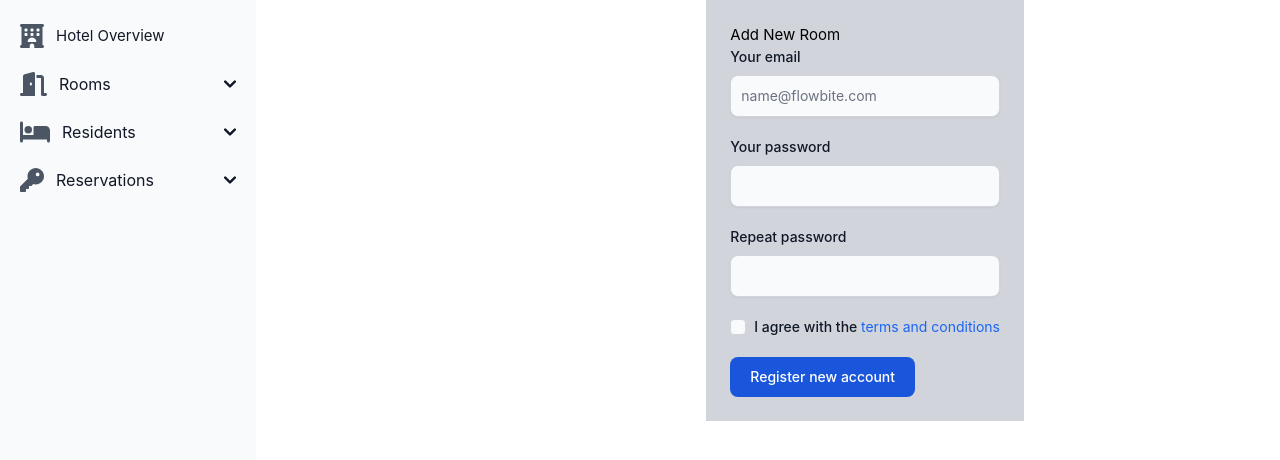
Repository: aggepap/hotelReservationsProj
Page: /rooms/add (app in admin-panel/)
An editor plug-in stored every save of this project. The page is shown before and after the next save, followed by the edit.
The browser window is 1280 px wide. The pictures show the whole page.
The project was rebuilt for these pictures with package versions that can differ from the ones it lists, and the page was loaded fresh each time. Also part of the build but not shown: admin-panel/vite.config.ts, admin-panel/src/views/HomeView.vue.

Above is the page before, as saved 2025-01-19 15:50:12.

### admin-panel/index.html
<!DOCTYPE html>
<html lang="">
  <head>
    <meta charset="UTF-8" />
    <link rel="icon" href="/favicon.ico" />
    <meta name="viewport" content="width=device-width, initial-scale=1.0" />
    <title>Vite App</title>
  </head>
  <body>
    <div id="app"></div>
    <script type="module" src="/src/main.ts"></script>
  </body>
</html>

### admin-panel/src/main.ts
import "./assets/main.css";
import "primeicons/primeicons.css";
import "flowbite";

import { createApp } from "vue";
import App from "./App.vue";
import router from "./router";

const app = createApp(App);

app.use(router);

app.mount("#app");

### admin-panel/src/assets/main.css
@import "./base.css";
@tailwind base;
@tailwind components;
@tailwind utilities;

### admin-panel/src/App.vue
<script setup lang="ts">
import { RouterLink, RouterView } from "vue-router";
import { FontAwesomeIcon } from "@fortawesome/vue-fontawesome";
import { faDoorOpen } from "@fortawesome/free-solid-svg-icons";
import { faHotel } from "@fortawesome/free-solid-svg-icons";
import { faBed } from "@fortawesome/free-solid-svg-icons";
import { faKey } from "@fortawesome/free-solid-svg-icons";
</script>

<template>
  <button
    data-drawer-target="sidebar-multi-level-sidebar"
    data-drawer-toggle="sidebar-multi-level-sidebar"
    aria-controls="sidebar-multi-level-sidebar"
    type="button"
    class="inline-flex items-center p-2 mt-2 ms-3 text-sm text-gray-500 rounded-lg sm:hidden hover:bg-gray-100 focus:outline-none focus:ring-2 focus:ring-gray-200 dark:text-gray-400 dark:hover:bg-gray-700 dark:focus:ring-gray-600"
  >
    <span class="sr-only">Open sidebar</span>
    <svg
      class="w-6 h-6"
      aria-hidden="true"
      fill="currentColor"
      viewBox="0 0 20 20"
      xmlns="http://www.w3.org/2000/svg"
    >
      <path
        clip-rule="evenodd"
        fill-rule="evenodd"
        d="M2 4.75A.75.75 0 012.75 4h14.5a.75.75 0 010 1.5H2.75A.75.75 0 012 4.75zm0 10.5a.75.75 0 01.75-.75h7.5a.75.75 0 010 1.5h-7.5a.75.75 0 01-.75-.75zM2 10a.75.75 0 01.75-.75h14.5a.75.75 0 010 1.5H2.75A.75.75 0 012 10z"
      ></path>
    </svg>
  </button>
  <section class="flex flex-row justify-between items-center">
    <aside
      id="sidebar-multi-level-sidebar"
      class="fixed top-0 left-0 z-40 w-64 h-screen transition-transform -translate-x-full sm:translate-x-0"
      aria-label="Sidebar"
    >
      <div class="h-full px-3 py-4 overflow-y-auto bg-gray-50 dark:bg-gray-800">
        <ul class="space-y-2 font-medium">
          <li>
            <a
              href="#"
              class="flex items-center p-2 text-gray-900 rounded-lg dark:text-white hover:bg-gray-100 dark:hover:bg-gray-700 group"
            >
              <FontAwesomeIcon class="text-gray-600 text-2xl" :icon="faHotel" />
              <span class="ms-3">Hotel Overview</span>
            </a>
          </li>
          <li>
            <button
              type="button"
              class="flex items-center w-full p-2 text-base text-gray-900 transition duration-75 rounded-lg group hover:bg-gray-100 dark:text-white dark:hover:bg-gray-700"
              aria-controls="dropdown-rooms"
              data-collapse-toggle="dropdown-rooms"
            >
              <FontAwesomeIcon
                class="text-gray-600 text-2xl"
                :icon="faDoorOpen"
              />

              <span
                class="flex-1 ms-3 text-left rtl:text-right whitespace-nowrap"
                >Rooms</span
              >
              <svg
                class="w-3 h-3"
                aria-hidden="true"
                xmlns="http://www.w3.org/2000/svg"
                fill="none"
                viewBox="0 0 10 6"
              >
                <path
                  stroke="currentColor"
                  stroke-linecap="round"
                  stroke-linejoin="round"
                  stroke-width="2"
                  d="m1 1 4 4 4-4"
                />
              </svg>
            </button>
            <ul id="dropdown-rooms" class="hidden py-2 space-y-2">
              <li>
                <RouterLink
                  to="/rooms/add"
                  class="flex justify-start gap-2 items-start w-full p-2 text-gray-900 transition duration-75 rounded-lg pl-11 group hover:bg-gray-100 dark:text-white dark:hover:bg-gray-700"
                >
                  <i class="pi pi-plus pt-1"></i> Add new Room</RouterLink
                >
              </li>
            </ul>
          </li>
          <li>
            <button
              type="button"
              class="flex items-center w-full p-2 text-base text-gray-900 transition duration-75 rounded-lg group hover:bg-gray-100 dark:text-white dark:hover:bg-gray-700"
              aria-controls="dropdown-residents"
              data-collapse-toggle="dropdown-residents"
            >
              <FontAwesomeIcon class="text-gray-600 text-2xl" :icon="faBed" />

              <span
                class="flex-1 ms-3 text-left rtl:text-right whitespace-nowrap"
                >Residents</span
              >
              <svg
                class="w-3 h-3"
                aria-hidden="true"
                xmlns="http://www.w3.org/2000/svg"
                fill="none"
                viewBox="0 0 10 6"
              >
                <path
                  stroke="currentColor"
                  stroke-linecap="round"
                  stroke-linejoin="round"
                  stroke-width="2"
                  d="m1 1 4 4 4-4"
                />
              </svg>
            </button>
            <ul id="dropdown-residents" class="hidden py-2 space-y-2">
              <li>
                <a
                  href="#"
                  class="flex justify-start gap-2 items-start w-full p-2 text-gray-900 transition duration-75 rounded-lg pl-11 group hover:bg-gray-100 dark:text-white dark:hover:bg-gray-700"
                >
                  <i class="pi pi-plus pt-1"></i> Add a Resident</a
                >
              </li>
            </ul>
          </li>
          <li>
            <button
              type="button"
              class="flex items-center w-full p-2 text-base text-gray-900 transition duration-75 rounded-lg group hover:bg-gray-100 dark:text-white dark:hover:bg-gray-700"
              aria-controls="dropdown-reservations"
              data-collapse-toggle="dropdown-reservations"
            >
              <FontAwesomeIcon class="text-gray-600 text-2xl" :icon="faKey" />

              <span
                class="flex-1 ms-3 text-left rtl:text-right whitespace-nowrap"
                >Reservations</span
              >
              <svg
                class="w-3 h-3"
                aria-hidden="true"
                xmlns="http://www.w3.org/2000/svg"
                fill="none"
                viewBox="0 0 10 6"
              >
                <path
                  stroke="currentColor"
                  stroke-linecap="round"
                  stroke-linejoin="round"
                  stroke-width="2"
                  d="m1 1 4 4 4-4"
                />
              </svg>
            </button>
            <ul id="dropdown-reservations" class="hidden py-2 space-y-2">
              <li>
                <a
                  href="#"
                  class="flex justify-start gap-2 items-start w-full p-2 text-gray-900 transition duration-75 rounded-lg pl-11 group hover:bg-gray-100 dark:text-white dark:hover:bg-gray-700"
                >
                  <i class="pi pi-plus pt-1"></i> Add a Reservation</a
                >
              </li>
            </ul>
          </li>
        </ul>
      </div>
    </aside>

    <main class="flex items-start h-screen mx-auto mr-64">
      <div class="mx-auto w-full md:p-6 bg-gray-300 pt-12">
        <RouterView />
      </div>
    </main>
  </section>
</template>

### admin-panel/src/router/index.ts
import { createRouter, createWebHistory } from "vue-router";
import HomeView from "../views/HomeView.vue";
import AddRoomView from "@/views/roomviews/AddRoomView.vue";

const router = createRouter({
  history: createWebHistory(import.meta.env.BASE_URL),
  routes: [
    {
      path: "/",
      name: "home",
      component: HomeView,
    },
    {
      path: "/rooms/add",
      name: "addRoom",
      component: AddRoomView,
    },
    {
      path: "/about",
      name: "about",
      // route level code-splitting
      // this generates a separate chunk (About.[hash].js) for this route
      // which is lazy-loaded when the route is visited.
      component: () => import("../views/AboutView.vue"),
    },
  ],
});

export default router;

### admin-panel/src/views/roomviews/AddRoomView.vue
<script setup></script>

<template>
  <h2 class="text-black">Add New Room</h2>
  <form class="max-w-sm mx-auto">
    <div class="mb-5">
      <label
        for="email"
        class="block mb-2 text-sm font-medium text-gray-900 dark:text-white"
        >Your email</label
      >
      <input
        type="email"
        id="email"
        class="shadow-sm bg-gray-50 border border-gray-300 text-gray-900 text-sm rounded-lg focus:ring-blue-500 focus:border-blue-500 block w-full p-2.5 dark:bg-gray-700 dark:border-gray-600 dark:placeholder-gray-400 dark:text-white dark:focus:ring-blue-500 dark:focus:border-blue-500 dark:shadow-sm-light"
        placeholder="name@flowbite.com"
        required
      />
    </div>
    <div class="mb-5">
      <label
        for="password"
        class="block mb-2 text-sm font-medium text-gray-900 dark:text-white"
        >Your password</label
      >
      <input
        type="password"
        id="password"
        class="shadow-sm bg-gray-50 border border-gray-300 text-gray-900 text-sm rounded-lg focus:ring-blue-500 focus:border-blue-500 block w-full p-2.5 dark:bg-gray-700 dark:border-gray-600 dark:placeholder-gray-400 dark:text-white dark:focus:ring-blue-500 dark:focus:border-blue-500 dark:shadow-sm-light"
        required
      />
    </div>
    <div class="mb-5">
      <label
        for="repeat-password"
        class="block mb-2 text-sm font-medium text-gray-900 dark:text-white"
        >Repeat password</label
      >
      <input
        type="password"
        id="repeat-password"
        class="shadow-sm bg-gray-50 border border-gray-300 text-gray-900 text-sm rounded-lg focus:ring-blue-500 focus:border-blue-500 block w-full p-2.5 dark:bg-gray-700 dark:border-gray-600 dark:placeholder-gray-400 dark:text-white dark:focus:ring-blue-500 dark:focus:border-blue-500 dark:shadow-sm-light"
        required
      />
    </div>
    <div class="flex items-start mb-5">
      <div class="flex items-center h-5">
        <input
          id="terms"
          type="checkbox"
          value=""
          class="w-4 h-4 border border-gray-300 rounded bg-gray-50 focus:ring-3 focus:ring-blue-300 dark:bg-gray-700 dark:border-gray-600 dark:focus:ring-blue-600 dark:ring-offset-gray-800 dark:focus:ring-offset-gray-800"
          required
        />
      </div>
      <label
        for="terms"
        class="ms-2 text-sm font-medium text-gray-900 dark:text-gray-300"
        >I agree with the
        <a href="#" class="text-blue-600 hover:underline dark:text-blue-500"
          >terms and conditions</a
        ></label
      >
    </div>
    <button
      type="submit"
      class="text-white bg-blue-700 hover:bg-blue-800 focus:ring-4 focus:outline-none focus:ring-blue-300 font-medium rounded-lg text-sm px-5 py-2.5 text-center dark:bg-blue-600 dark:hover:bg-blue-700 dark:focus:ring-blue-800"
    >
      Register new account
    </button>
  </form>
</template>

### admin-panel/tailwind.config.js
/** @type {import('tailwindcss').Config} */
export default {
  content: [
    "./index.html",
    "./src/**/*.{vue,js,ts,jsx,tsx}",
    "./node_modules/flowbite/**/*.js",
  ],
  theme: {
    extend: {},
  },
  plugins: [require("flowbite/plugin")],
};

Loaded but not shown: admin-panel/src/assets/base.css (common file)

After the next save:
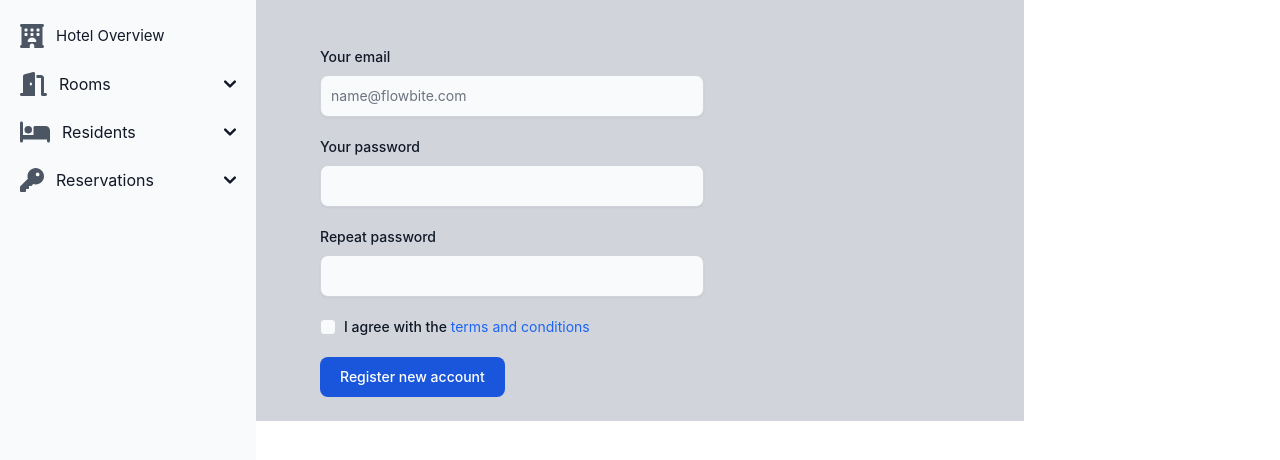
Saved 6 s later.
--- a/admin-panel/src/App.vue
+++ b/admin-panel/src/App.vue
@@ -174,7 +174,7 @@ import { faKey } from "@fortawesome/free-solid-svg-icons";
       </div>
     </aside>
 
-    <main class="flex items-start h-screen mx-auto mr-64">
+    <main class="flex items-start h-screen w-full mx-auto mr-64">
       <div class="mx-auto w-full md:p-6 bg-gray-300 pt-12">
         <RouterView />
       </div>
